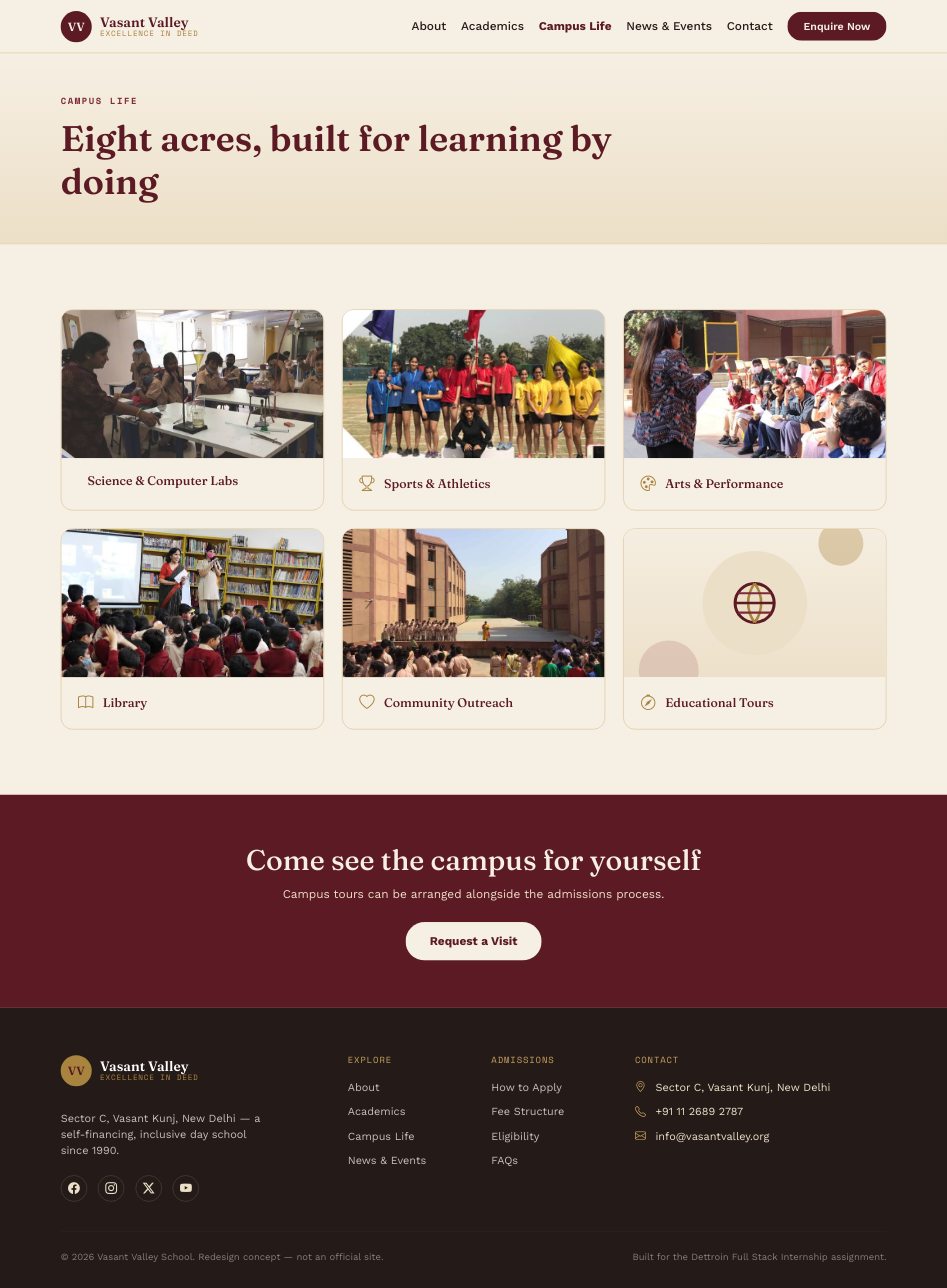
Repository: SanjanaTiwari06/DETTROIN-INT---SchoolWebsite
Page: /campus-life
An editor plug-in stored every save of this project. The page is shown before and after the next save, followed by the edit.
The browser window is 1280 px wide. The pictures show the whole page, at 74% of full size.
The project was rebuilt for these pictures with package versions that can differ from the ones it lists, and the page was loaded fresh each time. Also part of the build but not shown: vite.config.js, src/pages/Home.jsx, src/pages/About.jsx, src/pages/Academics.jsx, src/pages/News.jsx, src/pages/Contact.jsx, src/pages/NotFound.jsx.

Above is the page before, as saved 2026-07-27 14:04:46.

### index.html
<!doctype html>
<html lang="en">
  <head>
    <meta charset="UTF-8" />
    <link rel="icon" type="image/svg+xml" href="/favicon.svg" />
    <meta name="viewport" content="width=device-width, initial-scale=1.0" />
    <title>Vasant Valley School | Excellence in Deed</title>
    <meta name="description" content="Vasant Valley School, Vasant Kunj, New Delhi — a co-educational day school offering CBSE and IGCSE, built on academic excellence and holistic growth since 1990." />
    <link rel="preconnect" href="https://fonts.googleapis.com">
    <link href="https://fonts.googleapis.com/css2?family=Fraunces:opsz,wght@9..144,400;9..144,500;9..144,600;9..144,700&family=Work+Sans:wght@400;500;600;700&family=Space+Mono:wght@400;700&display=swap" rel="stylesheet">
  </head>
  <body>
    <div id="root"></div>
    <script type="module" src="/src/main.jsx"></script>
  </body>
</html>

### src/main.jsx
import { StrictMode } from "react";
import { createRoot } from "react-dom/client";
import { BrowserRouter } from "react-router-dom";

import "bootstrap/dist/css/bootstrap.min.css";
import "bootstrap-icons/font/bootstrap-icons.css";
import "./index.css";

import App from "./App.jsx";

createRoot(document.getElementById("root")).render(
  <StrictMode>
    <BrowserRouter>
      <App />
    </BrowserRouter>
  </StrictMode>
);

### src/App.jsx
import { Routes, Route } from "react-router-dom";

import SiteNavbar from "./components/SiteNavbar.jsx";
import SiteFooter from "./components/SiteFooter.jsx";
import ScrollToTop from "./components/ScrollToTop.jsx";

import Home from "./pages/Home.jsx";
import About from "./pages/About.jsx";
import Academics from "./pages/Academics.jsx";
import CampusLife from "./pages/CampusLife.jsx";
import News from "./pages/News.jsx";
import Contact from "./pages/Contact.jsx";
import NotFound from "./pages/NotFound.jsx";

function App() {
  return (
    <div className="vvs-app">
      <ScrollToTop />
      <SiteNavbar />
      <main>
        <Routes>
          <Route path="/" element={<Home />} />
          <Route path="/about" element={<About />} />
          <Route path="/academics" element={<Academics />} />
          <Route path="/campus-life" element={<CampusLife />} />
          <Route path="/news" element={<News />} />
          <Route path="/contact" element={<Contact />} />
          <Route path="*" element={<NotFound />} />
        </Routes>
      </main>
      <SiteFooter />
    </div>
  );
}

export default App;

### src/components/SiteNavbar.jsx
import { useEffect, useState } from "react";
import { NavLink } from "react-router-dom";

const links = [
  { to: "/about", label: "About" },
  { to: "/academics", label: "Academics" },
  { to: "/campus-life", label: "Campus Life" },
  { to: "/news", label: "News & Events" },
  { to: "/contact", label: "Contact" },
];

export default function SiteNavbar() {
  const [scrolled, setScrolled] = useState(false);
  const [open, setOpen] = useState(false);

  useEffect(() => {
    const onScroll = () => setScrolled(window.scrollY > 12);
    onScroll();
    window.addEventListener("scroll", onScroll, { passive: true });
    return () => window.removeEventListener("scroll", onScroll);
  }, []);

  return (
    <nav className={`navbar navbar-expand-lg vvs-navbar sticky-top ${scrolled ? "shadow-active" : ""}`}>
      <div className="container">
        <NavLink className="navbar-brand vvs-brand" to="/" onClick={() => setOpen(false)}>
          <span className="vvs-brand-mark">VV</span>
          <span className="vvs-brand-text">
            <span className="vvs-brand-name">Vasant Valley</span>
            <span className="vvs-brand-tag">Excellence in Deed</span>
          </span>
        </NavLink>

        <button
          className="navbar-toggler"
          type="button"
          aria-label="Toggle navigation"
          onClick={() => setOpen((v) => !v)}
        >
          <span className="navbar-toggler-icon"></span>
        </button>

        <div className={`collapse navbar-collapse justify-content-end ${open ? "show" : ""}`}>
          <ul className="navbar-nav align-items-lg-center gap-lg-1">
            {links.map((link) => (
              <li className="nav-item" key={link.to}>
                <NavLink
                  className={({ isActive }) => `nav-link${isActive ? " active" : ""}`}
                  to={link.to}
                  onClick={() => setOpen(false)}
                >
                  {link.label}
                </NavLink>
              </li>
            ))}
            <li className="nav-item ms-lg-2">
              <NavLink className="btn vvs-btn-enquire" to="/contact" onClick={() => setOpen(false)}>
                Enquire Now
              </NavLink>
            </li>
          </ul>
        </div>
      </div>
    </nav>
  );
}

### src/components/SiteFooter.jsx
import { Link } from "react-router-dom";

export default function SiteFooter() {
  return (
    <footer className="vvs-footer">
      <div className="container">
        <div className="row g-5">
          <div className="col-lg-4">
            <Link className="vvs-brand mb-3 d-inline-flex" to="/">
              <span className="vvs-brand-mark vvs-brand-mark-light">VV</span>
              <span className="vvs-brand-text">
                <span className="vvs-brand-name text-white">Vasant Valley</span>
                <span className="vvs-brand-tag">Excellence in Deed</span>
              </span>
            </Link>
            <p className="vvs-footer-text">
              Sector C, Vasant Kunj, New Delhi &mdash; a self-financing, inclusive day
              school since 1990.
            </p>
            <div className="vvs-social">
              <a href="#" aria-label="Facebook"><i className="bi bi-facebook"></i></a>
              <a href="#" aria-label="Instagram"><i className="bi bi-instagram"></i></a>
              <a href="#" aria-label="X"><i className="bi bi-twitter-x"></i></a>
              <a href="#" aria-label="YouTube"><i className="bi bi-youtube"></i></a>
            </div>
          </div>

          <div className="col-lg-2 col-6">
            <h4 className="vvs-footer-heading">Explore</h4>
            <ul className="vvs-footer-links">
              <li><Link to="/about">About</Link></li>
              <li><Link to="/academics">Academics</Link></li>
              <li><Link to="/campus-life">Campus Life</Link></li>
              <li><Link to="/news">News &amp; Events</Link></li>
            </ul>
          </div>

          <div className="col-lg-2 col-6">
            <h4 className="vvs-footer-heading">Admissions</h4>
            <ul className="vvs-footer-links">
              <li><Link to="/contact">How to Apply</Link></li>
              <li><Link to="/contact">Fee Structure</Link></li>
              <li><Link to="/contact">Eligibility</Link></li>
              <li><Link to="/contact">FAQs</Link></li>
            </ul>
          </div>

          <div className="col-lg-4">
            <h4 className="vvs-footer-heading">Contact</h4>
            <ul className="vvs-footer-contact">
              <li><i className="bi bi-geo-alt"></i> Sector C, Vasant Kunj, New Delhi</li>
              <li><i className="bi bi-telephone"></i> +91 11 2689 2787</li>
              <li><i className="bi bi-envelope"></i> info@vasantvalley.org</li>
            </ul>
          </div>
        </div>

        <hr className="vvs-footer-rule" />
        <div className="d-flex flex-column flex-md-row justify-content-between align-items-center gap-2">
          <span className="vvs-footer-copy">
            &copy; 2026 Vasant Valley School. Redesign concept &mdash; not an official site.
          </span>
          <span className="vvs-footer-copy">
            Built for the Dettroin Full Stack Internship assignment.
          </span>
        </div>
      </div>
    </footer>
  );
}

### src/components/ScrollToTop.jsx
import { useEffect } from "react";
import { useLocation } from "react-router-dom";

// Every route in this app is a distinct page, so we scroll to top
// on each navigation instead of relying on in-page anchor scrolling.
export default function ScrollToTop() {
  const { pathname } = useLocation();

  useEffect(() => {
    window.scrollTo(0, 0);
  }, [pathname]);

  return null;
}

### src/pages/CampusLife.jsx
import { Link } from "react-router-dom";

const facilities = [
  { icon: "bi-flask", title: "Science & Computer Labs", image: "/public/images/Science Lab.jpg" },
  { icon: "bi-trophy", title: "Sports & Athletics", image: "/public/images/Soprts.jpg" },
  { icon: "bi-palette", title: "Arts & Performance", image: "/public/images/Art.jpg" },
  { icon: "bi-book", title: "Library", image: "/public/images/Library.jpg" },
  { icon: "bi-heart", title: "Community Outreach", image: "/public/images/Outreach.jpg" },
  { icon: "bi-compass", title: "Educational Tours", image: "/images/facility-tours.svg" },
];

export default function CampusLife() {
  return (
    <>
      <section className="vvs-page-header">
        <div className="container">
          <p className="vvs-eyebrow">Campus Life</p>
          <h1 className="vvs-h1">Eight acres, built for learning by doing</h1>
        </div>
      </section>

      <section className="vvs-section">
        <div className="container">
          <div className="row g-4">
            {facilities.map((f) => (
              <div className="col-md-6 col-lg-4" key={f.title}>
                <div className="vvs-facility">
                  <img src={f.image} alt={f.title} loading="lazy" />
                  <div className="vvs-facility-body">
                    <i className={`bi ${f.icon}`}></i>
                    <h3>{f.title}</h3>
                  </div>
                </div>
              </div>
            ))}
          </div>
        </div>
      </section>

      <section className="vvs-cta">
        <div className="container text-center">
          <h2 className="vvs-cta-title">Come see the campus for yourself</h2>
          <p className="vvs-cta-sub">Campus tours can be arranged alongside the admissions process.</p>
          <Link to="/contact" className="btn vvs-btn-light">Request a Visit</Link>
        </div>
      </section>
    </>
  );
}

Loaded but not shown: src/index.css (421 lines, source omitted)

After the next save:
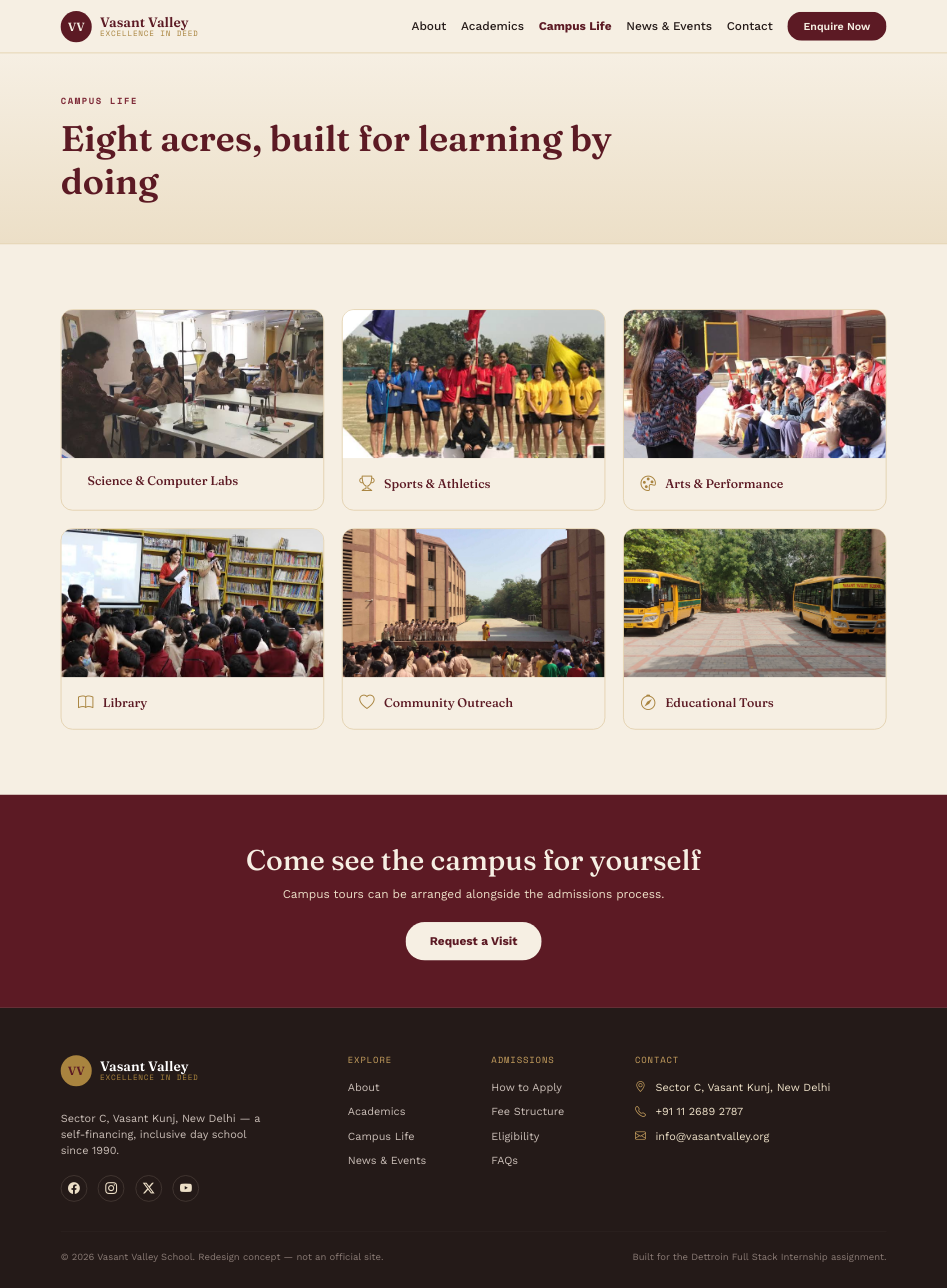
Saved 28 s later.
--- a/src/pages/CampusLife.jsx
+++ b/src/pages/CampusLife.jsx
@@ -6,7 +6,7 @@
   { icon: "bi-palette", title: "Arts & Performance", image: "/public/images/Art.jpg" },
   { icon: "bi-book", title: "Library", image: "/public/images/Library.jpg" },
   { icon: "bi-heart", title: "Community Outreach", image: "/public/images/Outreach.jpg" },
-  { icon: "bi-compass", title: "Educational Tours", image: "/images/facility-tours.svg" },
+  { icon: "bi-compass", title: "Educational Tours", image: "/public/images/Tours.jpeg" },
 ];
 
 export default function CampusLife() {
